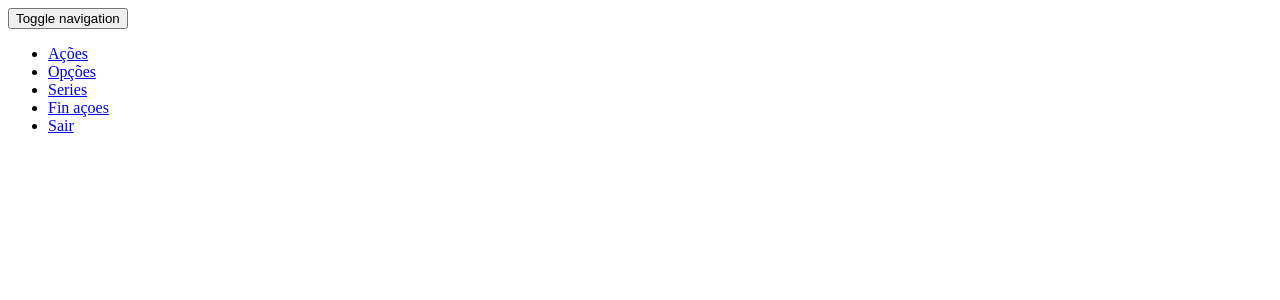
Repository: icaroplive/dashboard_carteira_acoes
Page: views/sidebar.html
An editor plug-in stored every save of this project. The page is shown before and after the next save, followed by the edit.
The browser window is 1280 px wide. The pictures show the whole page.

Above is the page before, as saved 2020-08-18 22:02:51.

### views/sidebar.html
<nav class="navbar navbar-default" role="navigation">
  <div class="container-fluid">
    <div class="navbar-header">
      <button type="button" class="navbar-toggle" data-toggle="collapse" data-target="#bs-sidebar-navbar-collapse-1">
        <span class="sr-only">Toggle navigation</span>
        <span class="icon-bar"></span>
        <span class="icon-bar"></span>
        <span class="icon-bar"></span>
      </button>
    </div>
    <div class="collapse navbar-collapse" id="bs-sidebar-navbar-collapse-1">
      <ul class="nav navbar-nav">
        <li ng-class="{active : location.path() =='/acoes'}""><a href=" #/acoes">Ações<span style="font-size:16px;"
            class="pull-left hidden-xs showopacity glyphicon glyphicon-home"></span></a></li>

        <li ng-class="{active : location.path() =='/opcoes'}""><a href=" #/opcoes">Opções<span style="font-size:16px;"
            class="pull-left hidden-xs showopacity glyphicon glyphicon-home"></span></a></li>

        <li ng-class="{active : location.path() =='/series'}""><a href=" #/series">Series<span style="font-size:16px;"
            class="pull-left hidden-xs showopacity glyphicon glyphicon-home"></span></a></li>

        <li ng-class="{active : location.path() =='/finacoes'}""><a href=" #/finacoes">Fin açoes<span
            style="font-size:16px;" class="pull-left hidden-xs showopacity glyphicon glyphicon-home"></span></a></li>


        <li>
          <a href="#/logoff">Sair <span style="font-size:16px;"
              class="pull-rigt hidden-xs showopacity glyphicon glyphicon-log-in"></span></a>
        </li>
      </ul>
    </div>
  </div>
</nav>
</div>

After the next save:
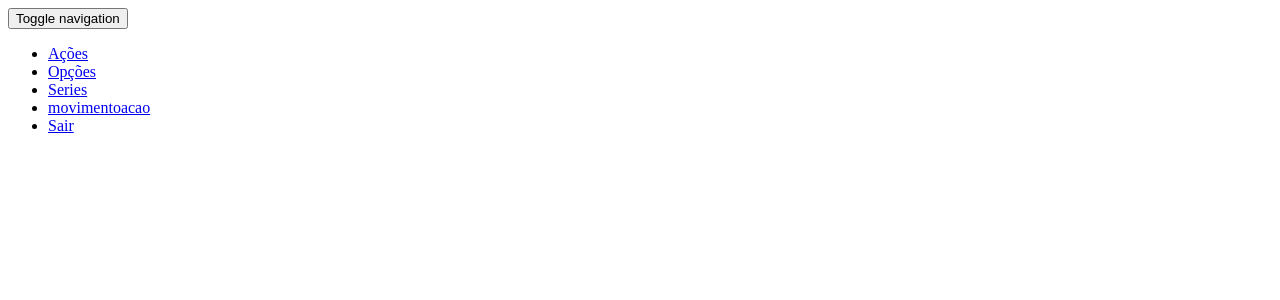
Saved 26 s later.
--- a/views/sidebar.html
+++ b/views/sidebar.html
@@ -19,7 +19,7 @@
         <li ng-class="{active : location.path() =='/series'}""><a href=" #/series">Series<span style="font-size:16px;"
             class="pull-left hidden-xs showopacity glyphicon glyphicon-home"></span></a></li>
 
-        <li ng-class="{active : location.path() =='/finacoes'}""><a href=" #/finacoes">Fin açoes<span
+        <li ng-class="{active : location.path() =='/movimentoacao'}""><a href=" #/movimentoacao">movimentoacao<span
             style="font-size:16px;" class="pull-left hidden-xs showopacity glyphicon glyphicon-home"></span></a></li>
 
 
